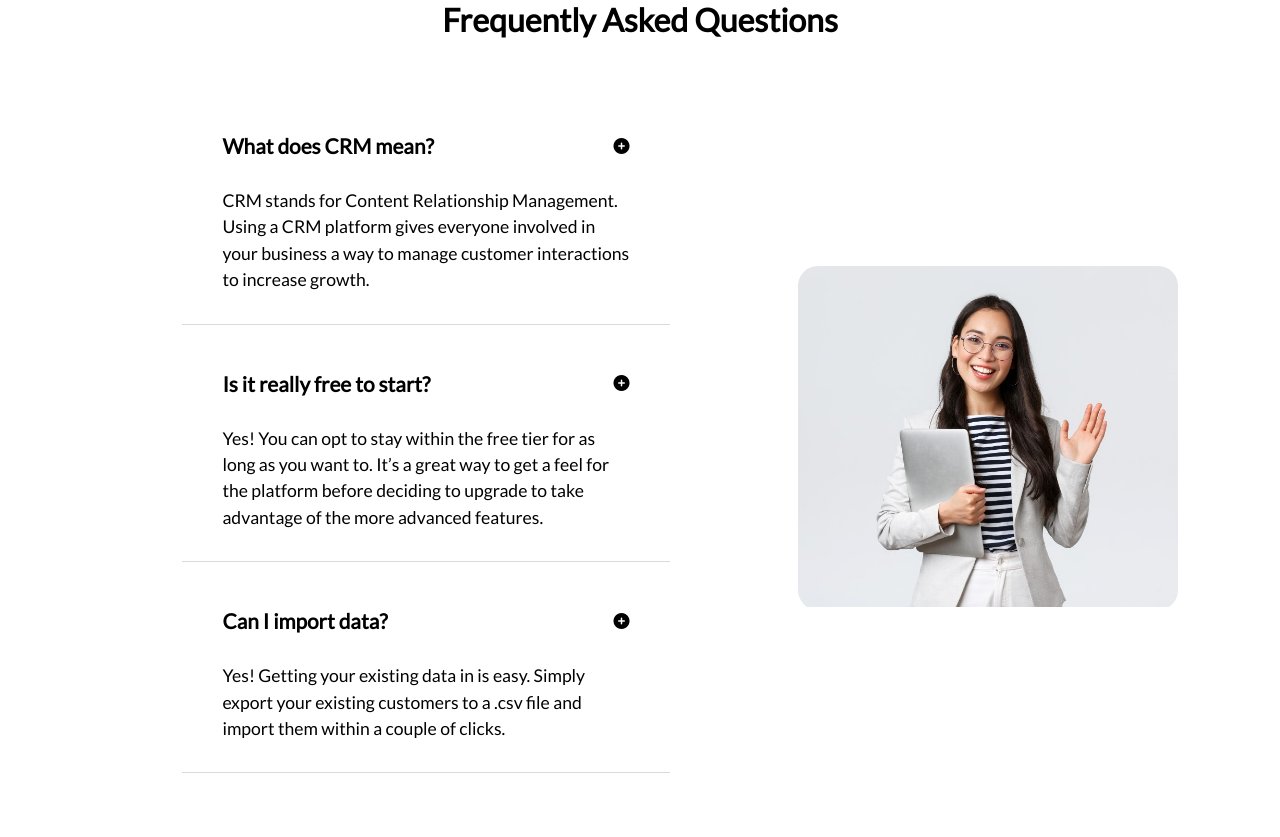
Repository: emiliaiwu/faq_component
Page: index.html
The author's editor kept a copy of each file at every save. The page is drawn from the files as they stood at one save, then again after a run of saves.
The browser window is 1280 px wide. The pictures show the whole page.
Some web libraries are served in a nearby version.

Above is the page before, as saved 2022-12-13 16:24:46.

After the next 2 saves:
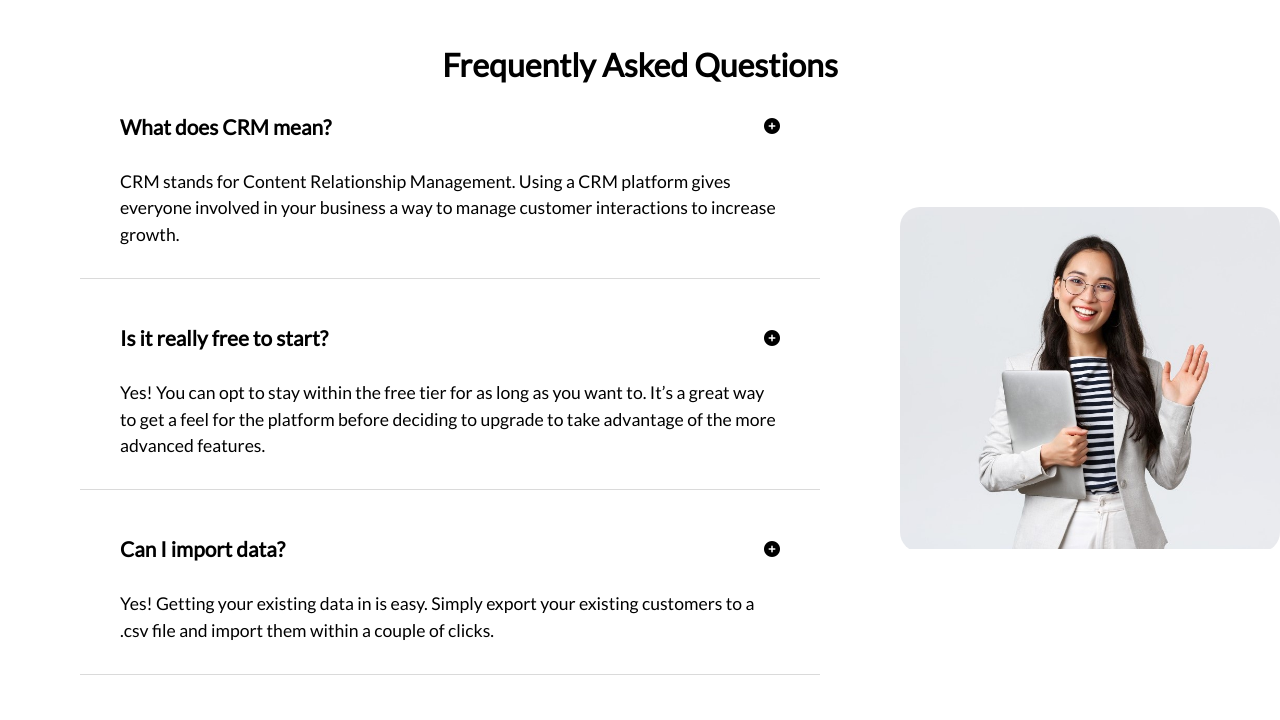
The 2 saves are shown as one change because they came seconds apart.
The last was saved 3 min 53 s later.
--- a/style.css
+++ b/style.css
@@ -43,6 +43,8 @@
     height: 100%;
     line-height: 1.5;
 }
+
+.fa
 
 
 

After the 2 saves that followed:
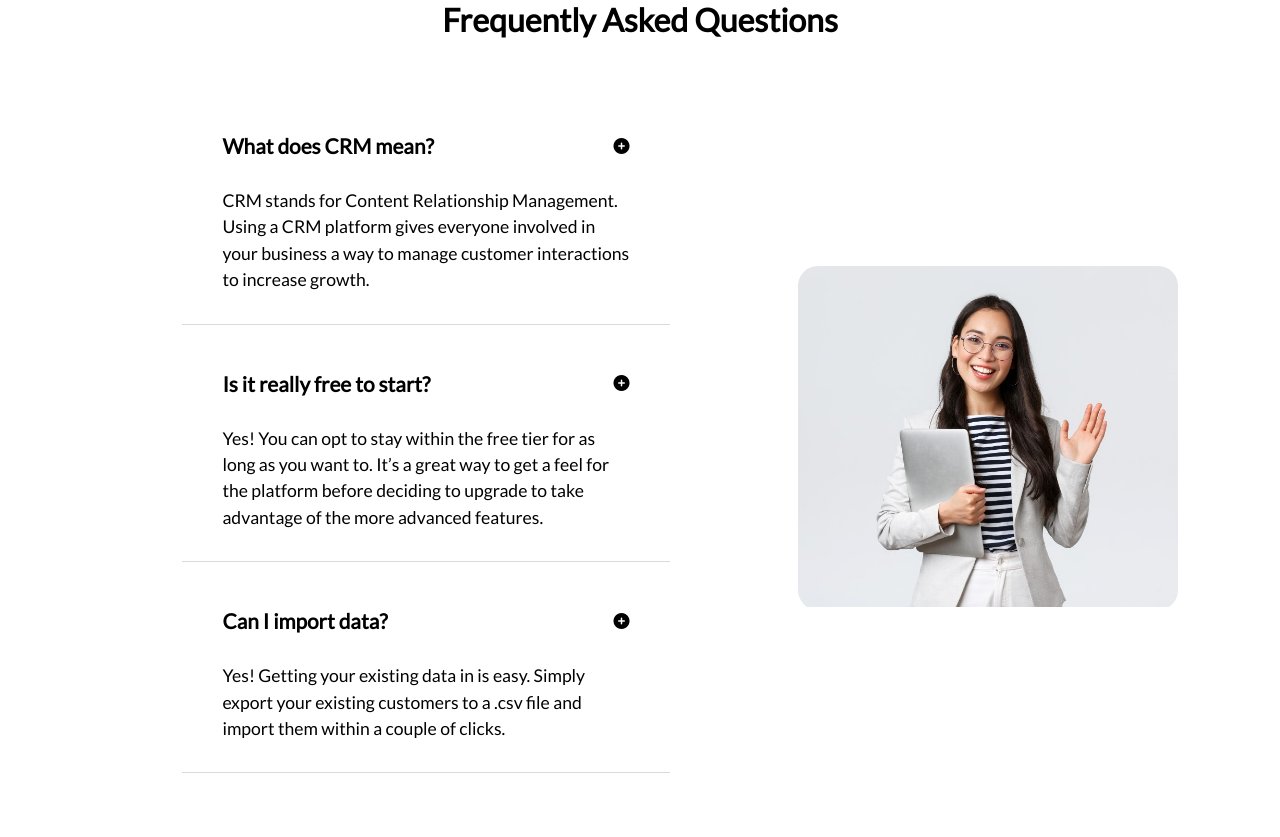
The 2 saves are shown as one change because they came seconds apart.
The last was saved 10 s later.
--- a/style.css
+++ b/style.css
@@ -44,7 +44,9 @@
     line-height: 1.5;
 }
 
-.fa
+.fa-solid {
+    font
+}
 
 
 
